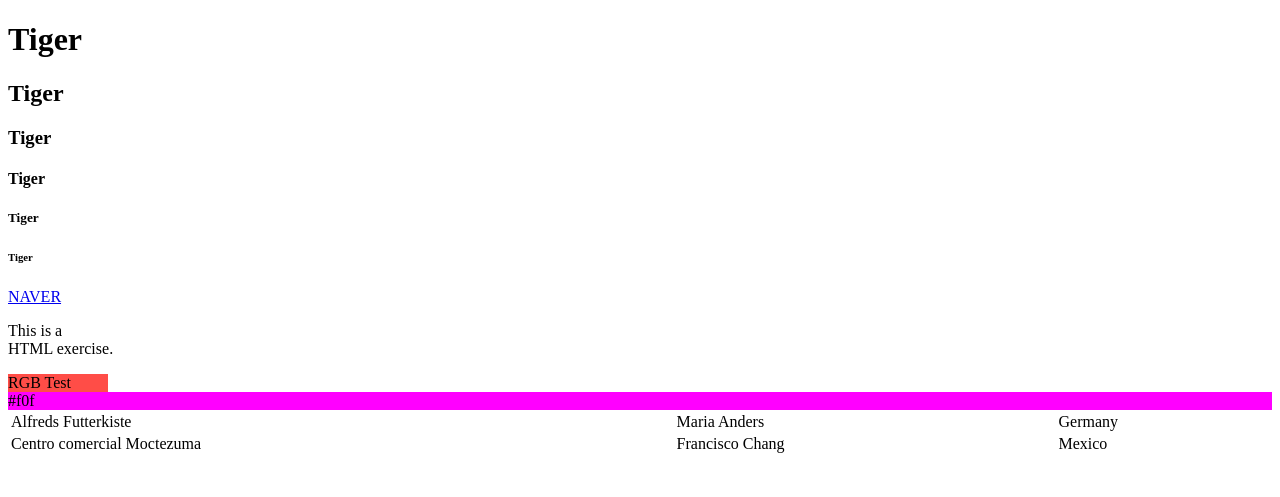
Repository: soobin10236/Class
Page: Web02/src/main/webapp/index.html
The author's editor kept a copy of each file at every save. The page is drawn from the files as they stood at one save, then again after the next save.
The browser window is 1280 px wide. The pictures show the whole page.

Above is the page before, as saved 2021-09-06 05:06:45.

### Web02/src/main/webapp/index.html
<!DOCTYPE html>
<html>
<head>
<meta charset="EUC-KR">
<title>Insert title here</title>
</head>
<body>
	<h1>Tiger</h1>
	<h2>Tiger</h2>
	<h3>Tiger</h3>
	<h4>Tiger</h4>
	<h5>Tiger</h5>
	<h6>Tiger</h6>
	<a href="https://www.naver.com">NAVER</a>
	<p>
		This is a <br /> HTML exercise.
	</p>
	<!-- Ctrl + Shift + / -->
	<div style="background: rgb(255, 77, 71); width: 100px;">RGB Test</div>
	<div style="background: #ff00ff">#f0f</div>

	<table style="width: 100%">
		<tr>
			<td>Alfreds Futterkiste</td>
			<td>Maria Anders</td>
			<td>Germany</td>
		</tr>
		<tr>
			<td>Centro comercial Moctezuma</td>
			<td>Francisco Chang</td>
			<td>Mexico</td>
		</tr>
	</table>
</body>
</html>

After the next save:
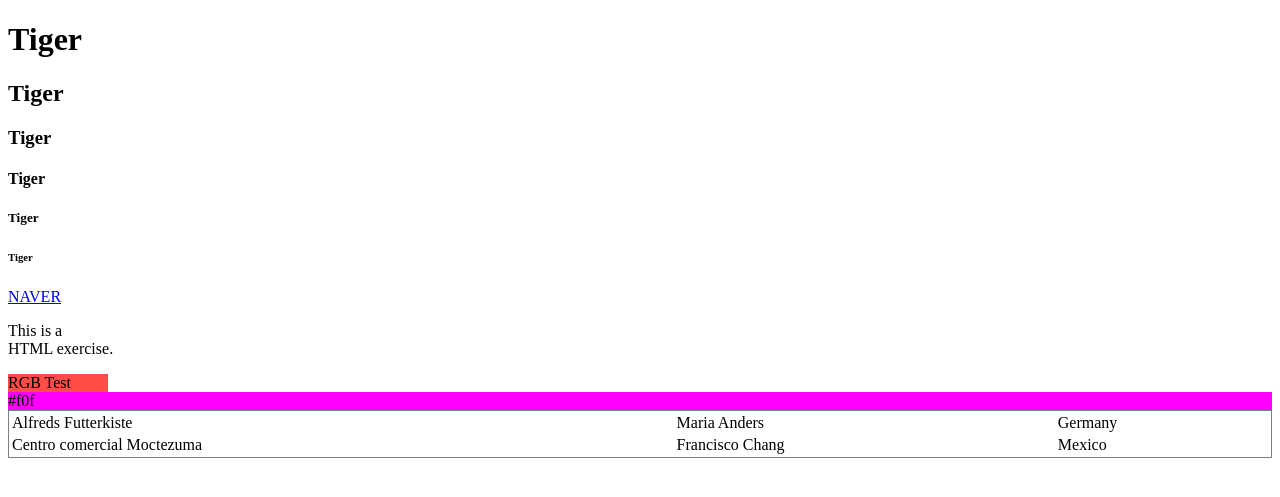
Saved 90 s later.
--- a/Web02/src/main/webapp/index.html
+++ b/Web02/src/main/webapp/index.html
@@ -19,7 +19,7 @@
 	<div style="background: rgb(255, 77, 71); width: 100px;">RGB Test</div>
 	<div style="background: #ff00ff">#f0f</div>
 
-	<table style="width: 100%">
+	<table style="border: 1px solid gray;width: 100%">
 		<tr>
 			<td>Alfreds Futterkiste</td>
 			<td>Maria Anders</td>
